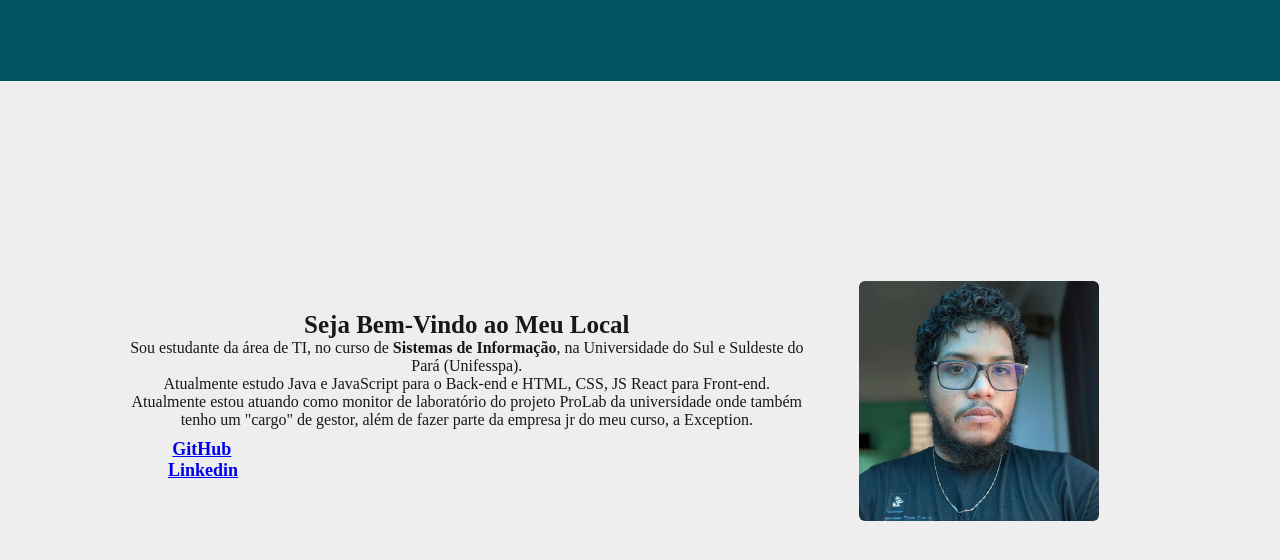
Repository: ramoncbarbosa/Web1_Atividade2
Page: index.html
An editor plug-in stored every save of this project. The page is shown before and after the next save, followed by the edit.
The browser window is 1280 px wide. The pictures show the whole page.

Above is the page before, as saved 2023-06-09 14:15:26.

### index.html
<!DOCTYPE html>
<html lang="pt-br">
<head>
    <meta charset="UTF-8">
    <meta http-equiv="X-UA-Compatible" content="IE=edge">
    <meta name="viewport" content="width=device-width, initial-scale=1.0">
    <link rel="stylesheet" href="./styles/styles.css">
    <title>Meu Portfolio</title>
</head>
<body>
    <header class="cabecalho">

    </header>
    <main class="conteudo_main">
        <section class="conteudo">
            <h1 class="conteudo_h1">Seja Bem-Vindo ao Meu Local</h1>
            <p class="conteudo_p"> Sou estudante da área de TI, no curso de <strong>Sistemas de Informação</strong>, na Universidade do Sul e Suldeste do Pará (Unifesspa).<br>Atualmente estudo Java e JavaScript para o Back-end e HTML, CSS, JS React para Front-end.
                Atualmente estou atuando como monitor de laboratório do projeto ProLab da universidade onde também tenho um "cargo" de gestor, além de fazer parte da empresa jr do meu curso, a Exception.</p>
                <div class="redes">
                <a id="redes_github" href="https://github.com/    ramoncbarbosa" target="_blank">GitHub</a>
                <a id="redes_linkedin" href="https://www.linkedin.com/in/ramon-barbosa-712273237/" target="bl
                        ">Linkedin</a>
                </div>
        </section>
        <img class="perfil" src="./img/perfil.jpg">
    </main>
    <footer>

    </footer>
</body>
</html>

### styles/styles.css
*{
    padding: 0;
    margin: 0;
}

:root{
    --cor-um: #025464;
    --cor-dois: #EEEEEE;
    --cor-tres: #1B1717;
}

body {
    width: 100%;
    height: 100vh;
    box-sizing: border-box;
    margin: 0;
    padding: 0;
    display: flex;
    flex-direction: column;
    background-color: var(--cor-dois);
}

.cabecalho{
    width: 100%;
    height: 17%;
    background-color: var(--cor-um);
    text-align: center;
    display: flex;
    align-items: center;
}

.conteudo_main{
    margin: 10%;
    height: 80%;
    display: flex;
    align-items: center;
    justify-content: flex-start;

    /*
    justify-content: space-between;
    background-color: var(--cor-tres);
    border-radius: 15px;
    */
}


.conteudo{
    width: 100%;
    justify-content: flex-start;
    align-items: center;
    text-align: center;
    color: var(--cor-tres);

}

.conteudo_h1{
    font-size: 25px;
    color: var(--cor-tres);

}

.conteudo_p{
    font-size: 16px;
    align-items: center;

}

.redes{
    width: 10%;

    font-size: 18px;
    font-weight: 600;

    text-align: center;
    text-decoration: none;

    padding-bottom: 10px;
    padding-left: 40px;
    padding-top: 10px;
}


.redes_github{
    border: 2px solid var(--cor-um);
    border-radius: 8px;
    padding: 12px;
    display: inline;
    margin-bottom: 30px;
    padding: 15px;
}

.redes_linkedin {
    border: 2px solid var(--cor-dois);
    border-radius: 8px;
    padding: 12px;
    display: inline;
    margin-bottom: 30px;
    margin: 30px;
}


.perfil{
    width: 15rem;
    height: 15rem;
    border: 2px solid var(--cor-dois);
    border-radius: 8px;
    margin: 5%;
}

After the next save:
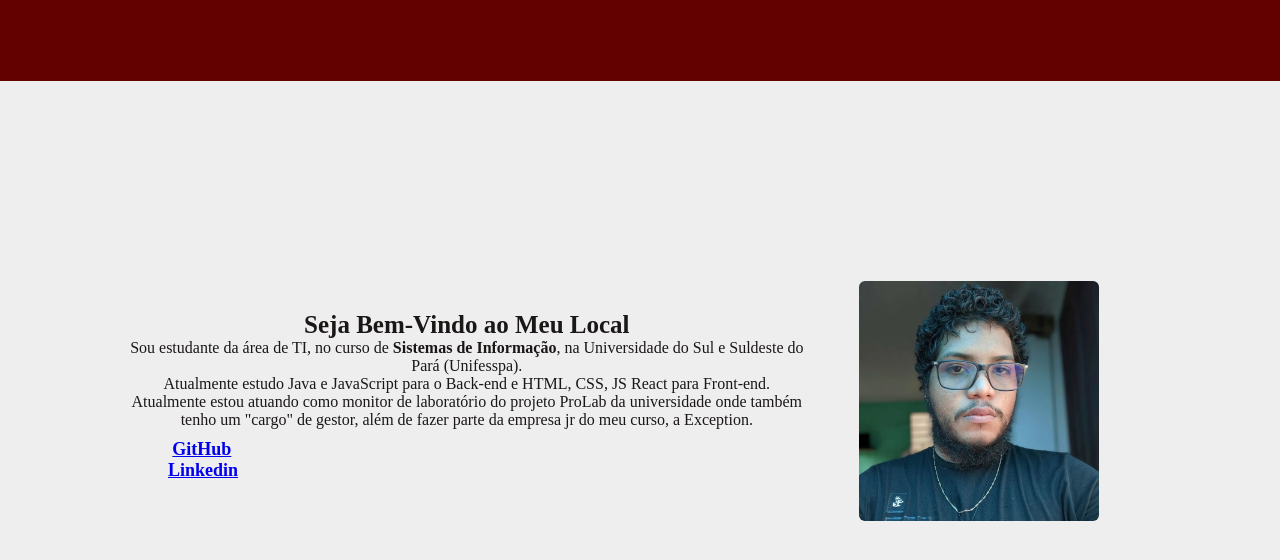
Saved 8 s later.
--- a/styles/styles.css
+++ b/styles/styles.css
@@ -4,7 +4,7 @@
 }
 
 :root{
-    --cor-um: #025464;
+    --cor-um: #630000;
     --cor-dois: #EEEEEE;
     --cor-tres: #1B1717;
 }
